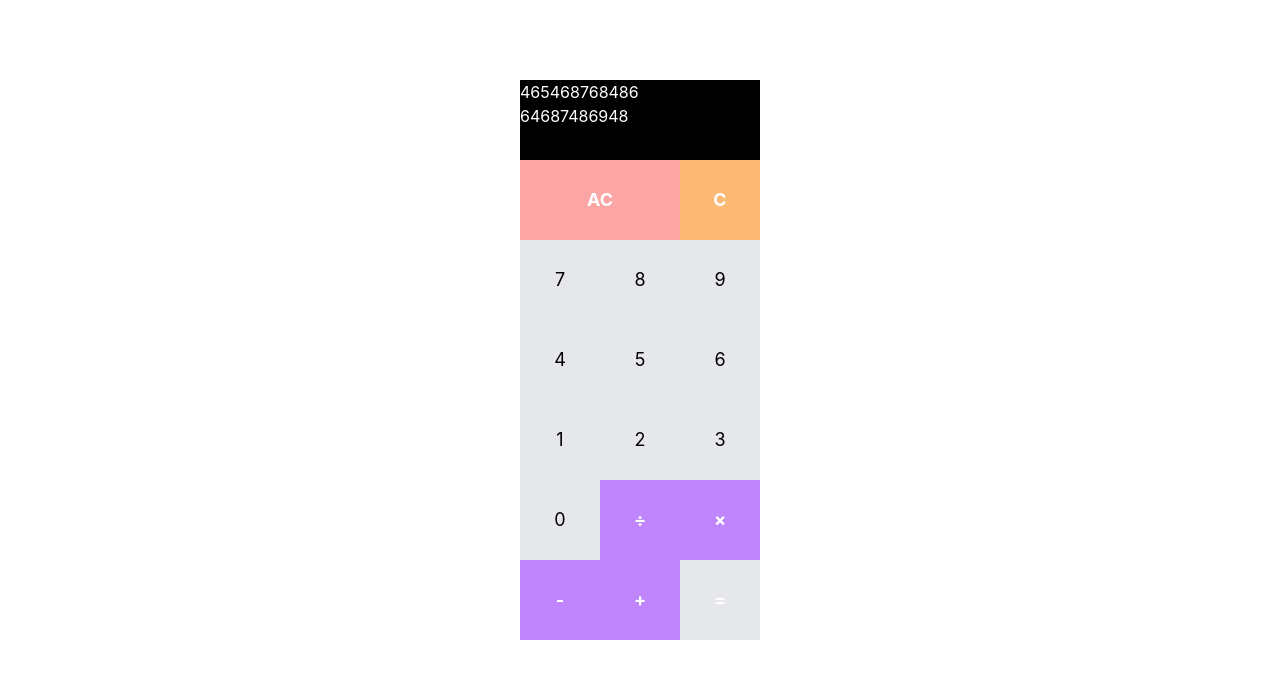
Repository: BrianPhamDev/calculator_app
Page: /
These files come from the project's save history. The page is drawn as it stood at one moment and after the next save; the edit follows.
The browser window is 1280 px wide. The pictures show the whole page.
The project was rebuilt for these pictures with package versions that can differ from the ones it lists, and the page was loaded fresh each time. Also part of the build but not shown: vite.config.js.

Above is the page before, as saved 2024-01-09 14:37:22.

After the next save:
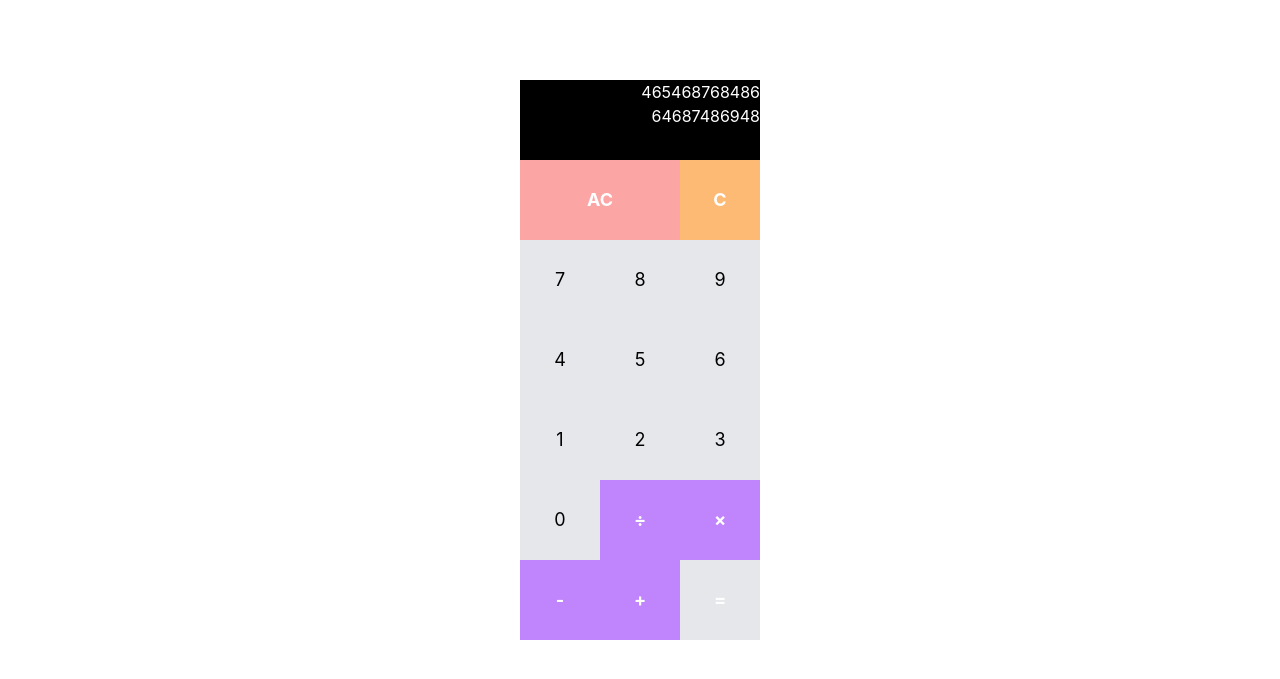
Saved 88 s later.
--- a/src/components/Calculator.jsx
+++ b/src/components/Calculator.jsx
@@ -15,7 +15,7 @@ const Calculator = () => {
 
   return (
     <div className="">
-      <div className="w-60 h-20 bg-black text-white">
+      <div className="w-60 h-20 bg-black text-white flex flex-col items-end">
         <div className="previous">465468768486</div>
         <div className="current">64687486948</div>
       </div>
